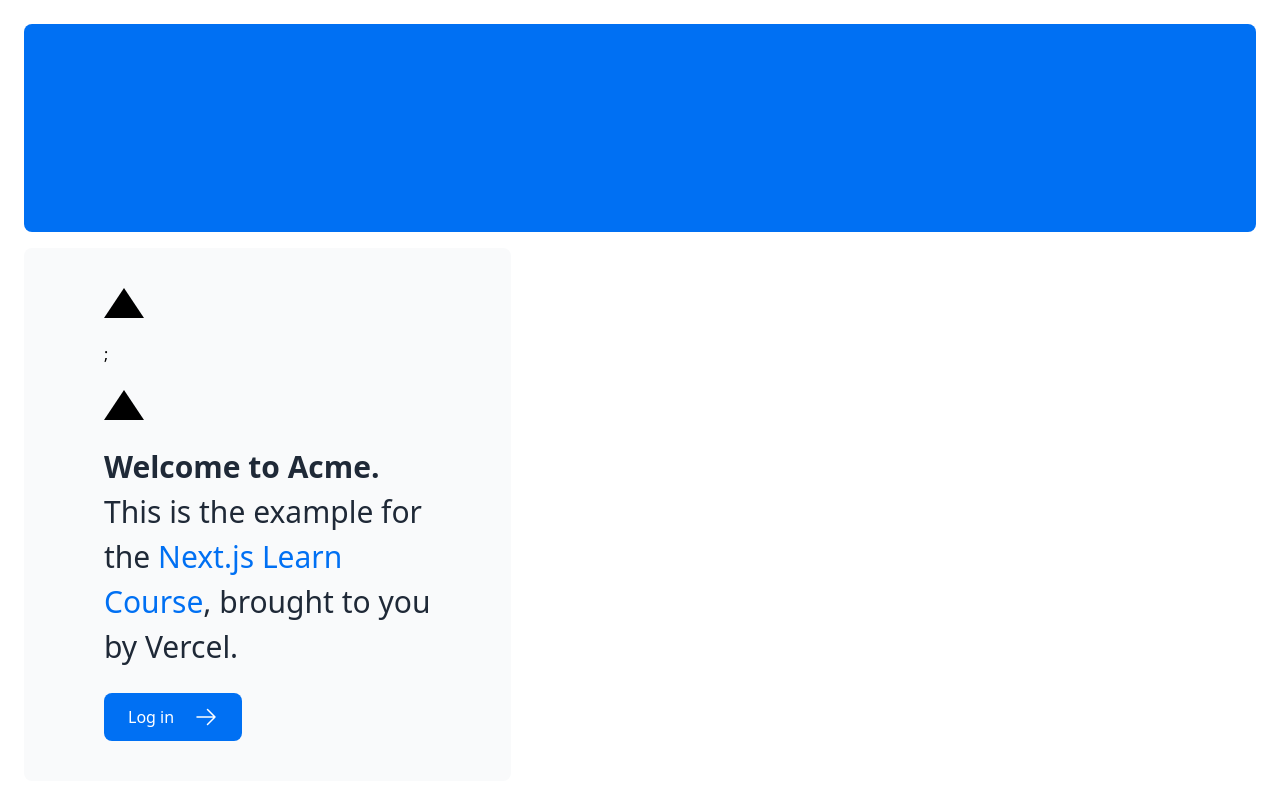
Repository: msjrdev/nextjs-dashboard
Page: /
An editor plug-in stored every save of this project. The page is shown before and after a run of saves, followed by the edit.
The browser window is 1280 px wide. The pictures show the whole page.
The project was rebuilt for these pictures with package versions that can differ from the ones it lists, and the page was loaded fresh each time. The framework's server and built-in components were replaced by stand-ins that run in the browser. Also part of the build but not shown: next.config.js.

Above is the page before, as saved 2024-01-04 22:02:47.

After the next 4 saves:
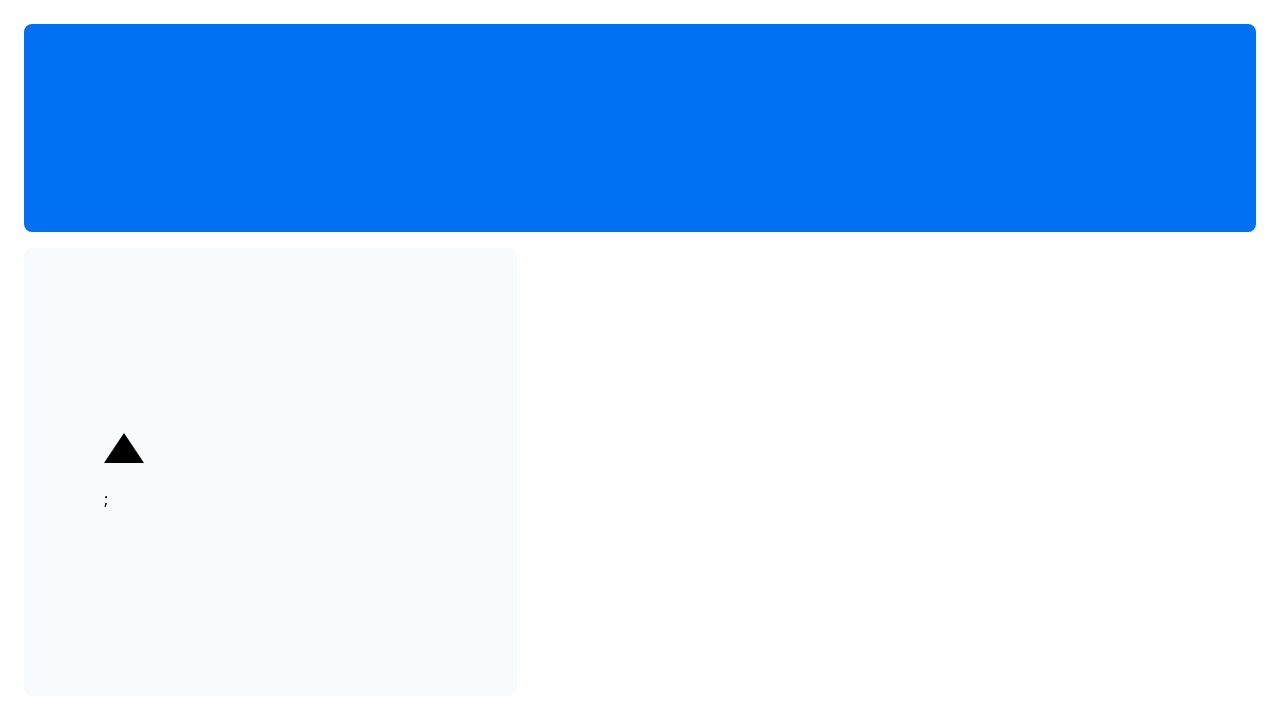
The 4 saves are shown as one change because they came seconds apart.
The last was saved 26 s later.
--- a/app/page.tsx
+++ b/app/page.tsx
@@ -12,6 +12,7 @@
       <div className="mt-4 flex grow flex-col gap-4 md:flex-row">
         <div className="flex flex-col justify-center gap-6 rounded-lg bg-gray-50 px-6 py-10 md:w-2/5 md:px-20">
         <div className={styles.shape}></div>;
+        {/*
         <div
         className="h-0 w-0 border-b-[30px] border-l-[20px] border-r-[20px] border-b-black border-l-transparent border-r-transparent"
       />
